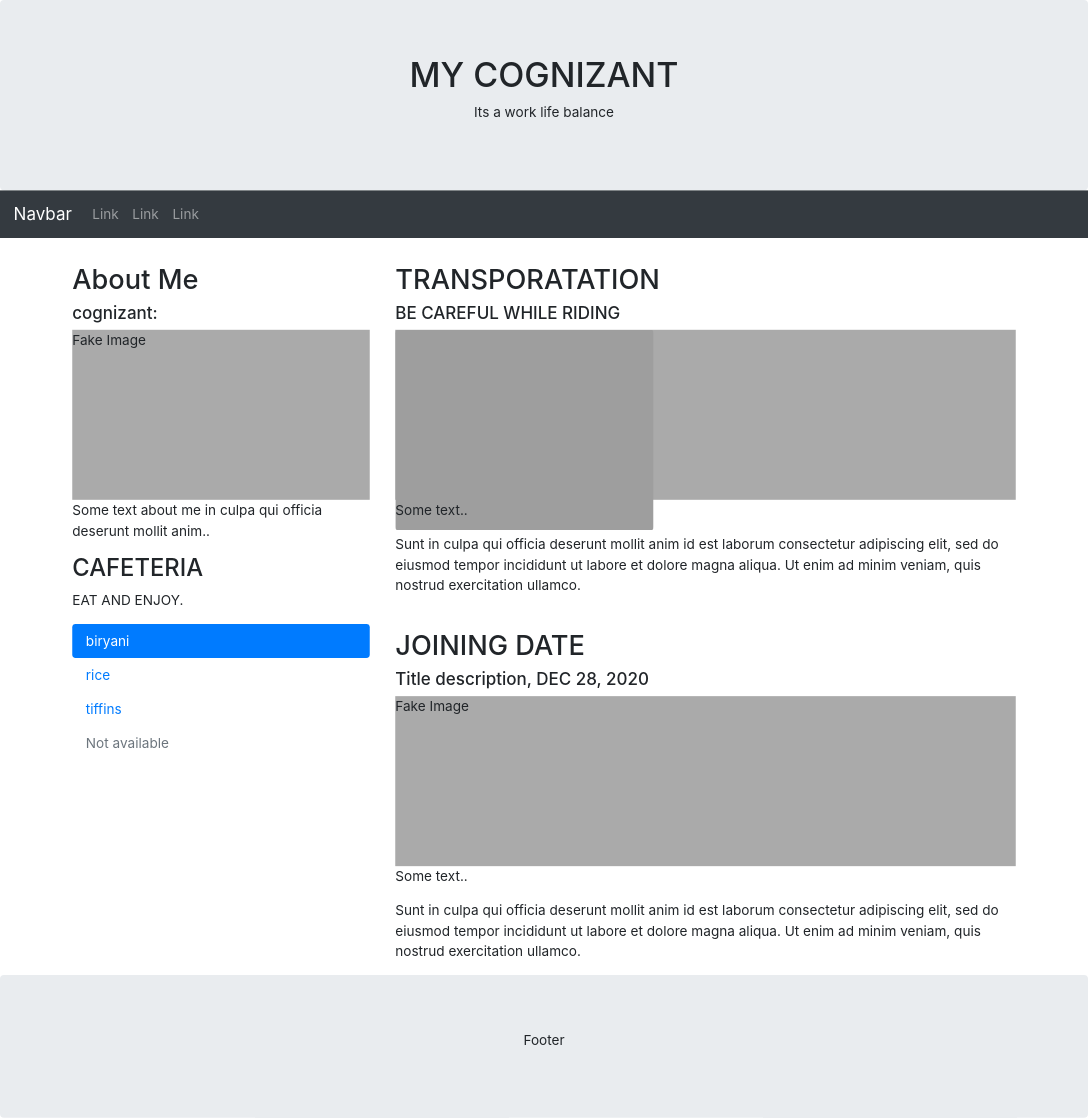
Repository: suvarsha/cognizant-projects
Page: BootStramp1/WebContent/first.html
The author's editor kept a copy of each file at every save. The page is drawn from the files as they stood at one save, then again after the next save.
The browser window is 1280 px wide. The pictures show the whole page, at 85% of full size.
Pictures or frames that could not be fetched are drawn as grey boxes.

Above is the page before, as saved 2020-01-18 11:39:19.

### BootStramp1/WebContent/first.html
<!DOCTYPE html>
<html lang="en">
<head>
  <title>Bootstrap 4 Website Example</title>
  <meta charset="utf-8">
  <meta name="viewport" content="width=device-width, initial-scale=1">
  <link rel="stylesheet" href="https://maxcdn.bootstrapcdn.com/bootstrap/4.4.1/css/bootstrap.min.css">
  <script src="https://ajax.googleapis.com/ajax/libs/jquery/3.4.1/jquery.min.js"></script>
  <script src="https://cdnjs.cloudflare.com/ajax/libs/popper.js/1.16.0/umd/popper.min.js"></script>
  <script src="https://maxcdn.bootstrapcdn.com/bootstrap/4.4.1/js/bootstrap.min.js"></script>
  <style>
  .fakeimg {
    height: 200px;
    background: #aaa;
  }
  </style>
</head>
<body>

<div class="jumbotron text-center" style="margin-bottom:0">
  <h1>MY COGNIZANT</h1>
  <p>Its a  work life balance</p>
</div>

<nav class="navbar navbar-expand-sm bg-dark navbar-dark">
  <a class="navbar-brand" href="#">Navbar</a>
  <button class="navbar-toggler" type="button" data-toggle="collapse" data-target="#collapsibleNavbar">
    <span class="navbar-toggler-icon"></span>
  </button>
  <div class="collapse navbar-collapse" id="collapsibleNavbar">
    <ul class="navbar-nav">
      <li class="nav-item">
        <a class="nav-link" href="#">Link</a>
      </li>
      <li class="nav-item">
        <a class="nav-link" href="#">Link</a>
      </li>
      <li class="nav-item">
        <a class="nav-link" href="#">Link</a>
      </li>
    </ul>
  </div>
</nav>

<div class="container" style="margin-top:30px">
  <div class="row">
    <div class="col-sm-4">
      <h2>About Me</h2>
      <h5>cognizant:</h5>
      <div class="fakeimg">Fake Image</div>
      <p>Some text about me in culpa qui officia deserunt mollit anim..</p>
      <h3>CAFETERIA</h3>
      <p>EAT AND ENJOY.</p>
      <ul class="nav nav-pills flex-column">
        <li class="nav-item">
          <a class="nav-link active" href="#">biryani</a>
        </li>
        <li class="nav-item">
          <a class="nav-link" href="#">rice</a>
        </li>
        <li class="nav-item">
          <a class="nav-link" href="#">tiffins</a>
        </li>
        <li class="nav-item">
          <a class="nav-link disabled" href="#">Not available</a>
        </li>
      </ul>
      <hr class="d-sm-none">
    </div>
    <div class="col-sm-8">
      <h2>TRANSPORATATION</h2>
      <h5>BE CAREFUL WHILE RIDING</h5>
      <div class="fakeimg">
      <img src="C:\cognizant\BootStramp1\WebContent\image\download.jpg" class="rounded" alt="Cinque Terre" width="304" height="236"></div>
      <p>Some text..</p>
      <p>Sunt in culpa qui officia deserunt mollit anim id est laborum consectetur adipiscing elit, sed do eiusmod tempor incididunt ut labore et dolore magna aliqua. Ut enim ad minim veniam, quis nostrud exercitation ullamco.</p>
      <br>
      <h2>JOINING DATE</h2>
      <h5>Title description, DEC 28, 2020</h5>
      <div class="fakeimg">Fake Image</div>
      <p>Some text..</p>
      <p>Sunt in culpa qui officia deserunt mollit anim id est laborum consectetur adipiscing elit, sed do eiusmod tempor incididunt ut labore et dolore magna aliqua. Ut enim ad minim veniam, quis nostrud exercitation ullamco.</p>
    </div>
  </div>
</div>

<div class="jumbotron text-center" style="margin-bottom:0">
  <p>Footer</p>
</div>

</body>
</html>

After the next save:
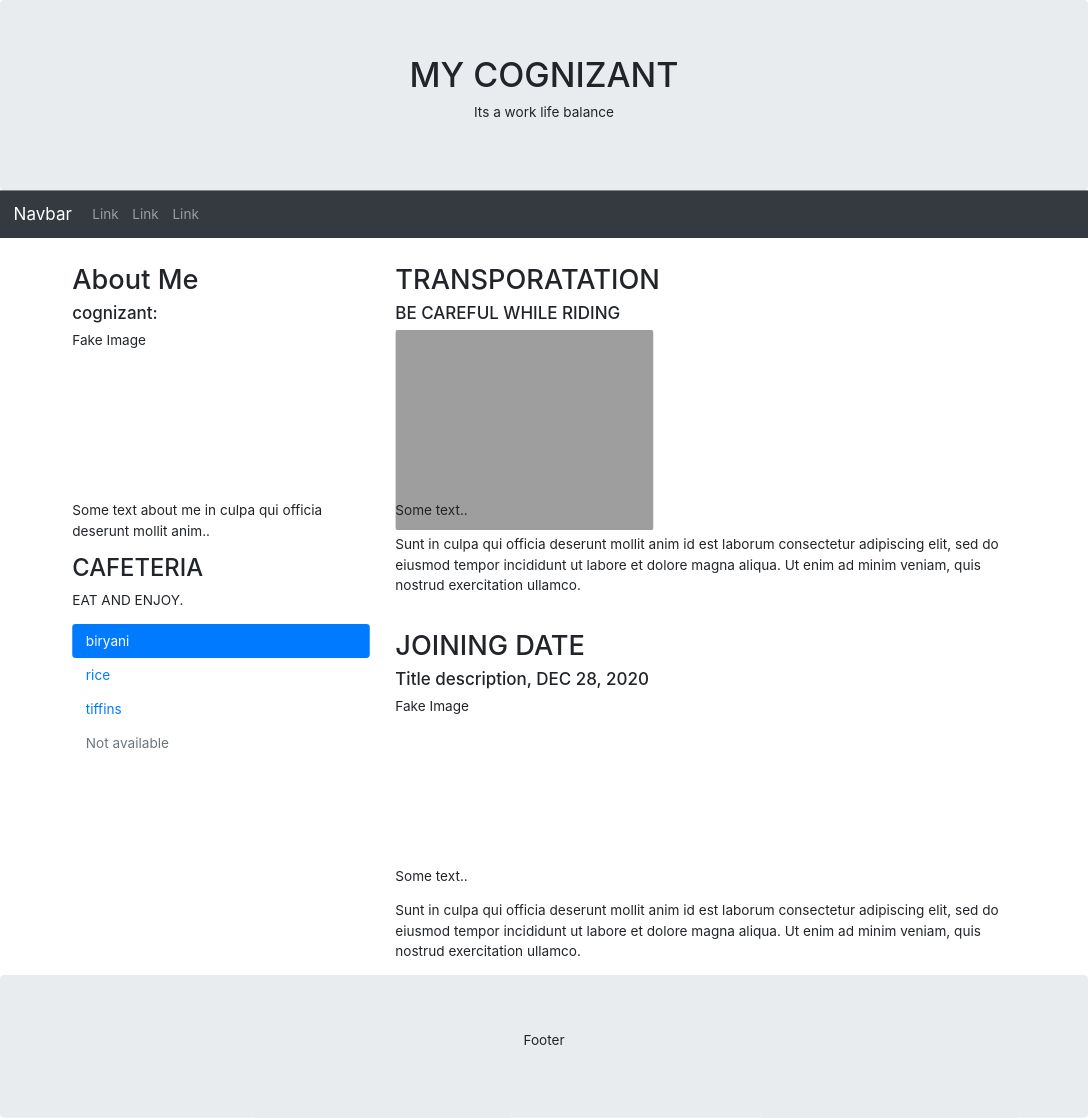
Saved 3 min 49 s later.
--- a/BootStramp1/WebContent/first.html
+++ b/BootStramp1/WebContent/first.html
@@ -11,7 +11,7 @@
   <style>
   .fakeimg {
     height: 200px;
-    background: #aaa;
+    background:white;
   }
   </style>
 </head>
